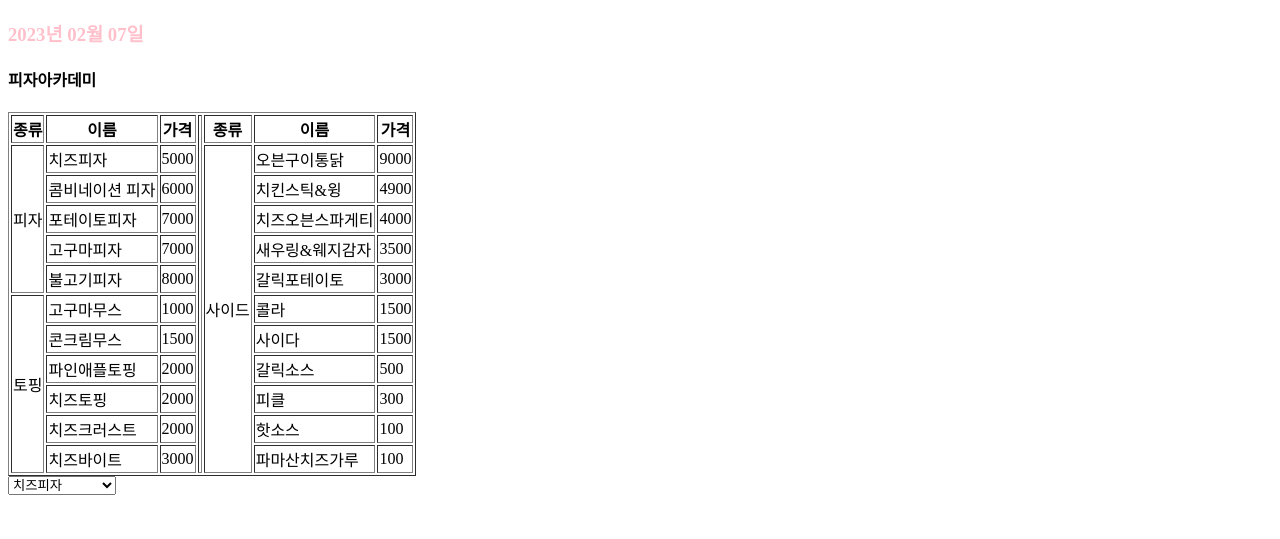
Repository: yejin0220/Web-workspace1
Page: http://localhost/2_JSP/views/04_PizzaOrderForm.jsp
These files come from the project's save history. The page is drawn as it stood at one moment and after the next save; the edit follows.
The browser window is 1280 px wide. The pictures show the whole page.
The page is served by Tomcat 9.

Above is the page before, as saved 2023-02-09 01:07:50.

### 2_JSP/WebContent/views/04_PizzaOrderForm.jsp
<%@ page import="java.util.Date, java.text.SimpleDateFormat" %>
<%@ page language="java" contentType="text/html; charset=UTF-8"
    pageEncoding="UTF-8"%>
<!DOCTYPE html>
<html>
<head>
<meta charset="UTF-8">
<title>피자 주문 페이지</title>
<style>
	h3{color:pink;}
</style>
</head>
<body>

	<%

		Date date = new Date();
		SimpleDateFormat sdf = new SimpleDateFormat("yyyy년 MM월 dd일");
		String today = sdf.format(date);

	%>

	<h3><%= today %></h3>

	<h4>피자아카데미</h4>

	<table border="1">
		<tr>
			<th>종류</th>
			<th>이름</th>
			<th>가격</th>
			<th rowspan="12"></th>
			<th>종류</th>
			<th>이름</th>
			<th>가격</th>
		</tr>
		<tr>
			<td rowspan="5">피자</td>
			<td>치즈피자</td>
			<td>5000</td>
			<td rowspan="11">사이드</td>
			<td>오븐구이통닭</td>
			<td>9000</td>
		</tr>
		<tr>
			<td>콤비네이션 피자</td>
			<td>6000</td>
			<td>치킨스틱&윙</td>
			<td>4900</td>

		</tr>
		<tr>
			<td>포테이토피자</td>
			<td>7000</td>
			<td>치즈오븐스파게티</td>
			<td>4000</td>
		</tr>
		<tr>
			<td>고구마피자</td>
			<td>7000</td>
			<td>새우링&웨지감자</td>
			<td>3500</td>
		</tr>
		<tr>
			<td>불고기피자</td>
			<td>8000</td>
			<td>갈릭포테이토</td>
			<td>3000</td>
		</tr>
		<tr>
			<td rowspan="6">토핑</td>
			<td>고구마무스</td>
			<td>1000</td>
			<td>콜라</td>
			<td>1500</td>
		</tr>
		<tr>
			<td>콘크림무스</td>
			<td>1500</td>
			<td>사이다</td>
			<td>1500</td>
		</tr>
		<tr>
			<td>파인애플토핑</td>
			<td>2000</td>
			<td>갈릭소스</td>
			<td>500</td>
		</tr>
		<tr>
			<td>치즈토핑</td>
			<td>2000</td>
			<td>피클</td>
			<td>300</td>
		</tr>
		<tr>
			<td>치즈크러스트</td>
			<td>2000</td>
			<td>핫소스</td>
			<td>100</td>
		</tr>
		<tr>
			<td>치즈바이트</td>
			<td>3000</td>
			<td>파마산치즈가루</td>
			<td>100</td>
		</tr>

	</table>

	<select name="pizzaname">
		<option>치즈피자</option>
		<option>콤비네이션피자</option>
		<option>포테이토피자</option>
		<option>고구마피자</option>
		<option>불고기피자</option>
	</select>








</body>
</html>

After the next save:
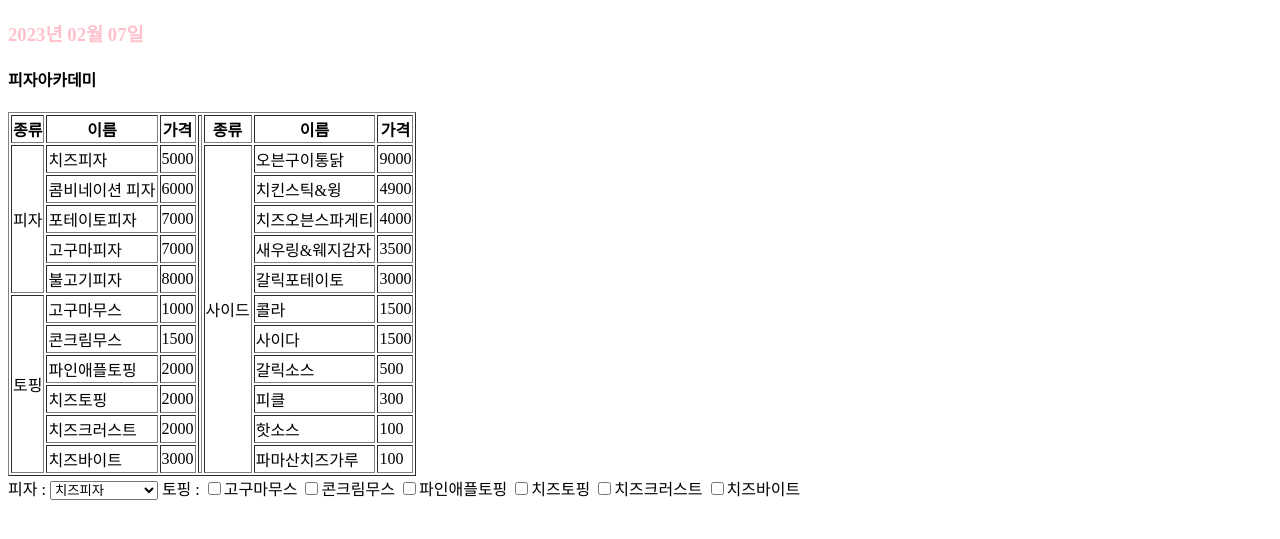
Saved 2 min 22 s later.
--- a/2_JSP/WebContent/views/04_PizzaOrderForm.jsp
+++ b/2_JSP/WebContent/views/04_PizzaOrderForm.jsp
@@ -107,6 +107,8 @@
 
 	</table>
 
+
+	피자 :
 	<select name="pizzaname">
 		<option>치즈피자</option>
 		<option>콤비네이션피자</option>
@@ -114,6 +116,15 @@
 		<option>고구마피자</option>
 		<option>불고기피자</option>
 	</select>
+
+	토핑 :
+	<input type="checkbox" name="top" value="고구마무스">고구마무스
+	<input type="checkbox" name="top" value="콘크림무스">콘크림무스
+	<input type="checkbox" name="top" value="파인애플토핑">파인애플토핑
+	<input type="checkbox" name="top" value="치즈토핑">치즈토핑
+	<input type="checkbox" name="top" value="치즈크러스트">치즈크러스트
+	<input type="checkbox" name="top" value="치즈바이트">치즈바이트
+
 
 
 
